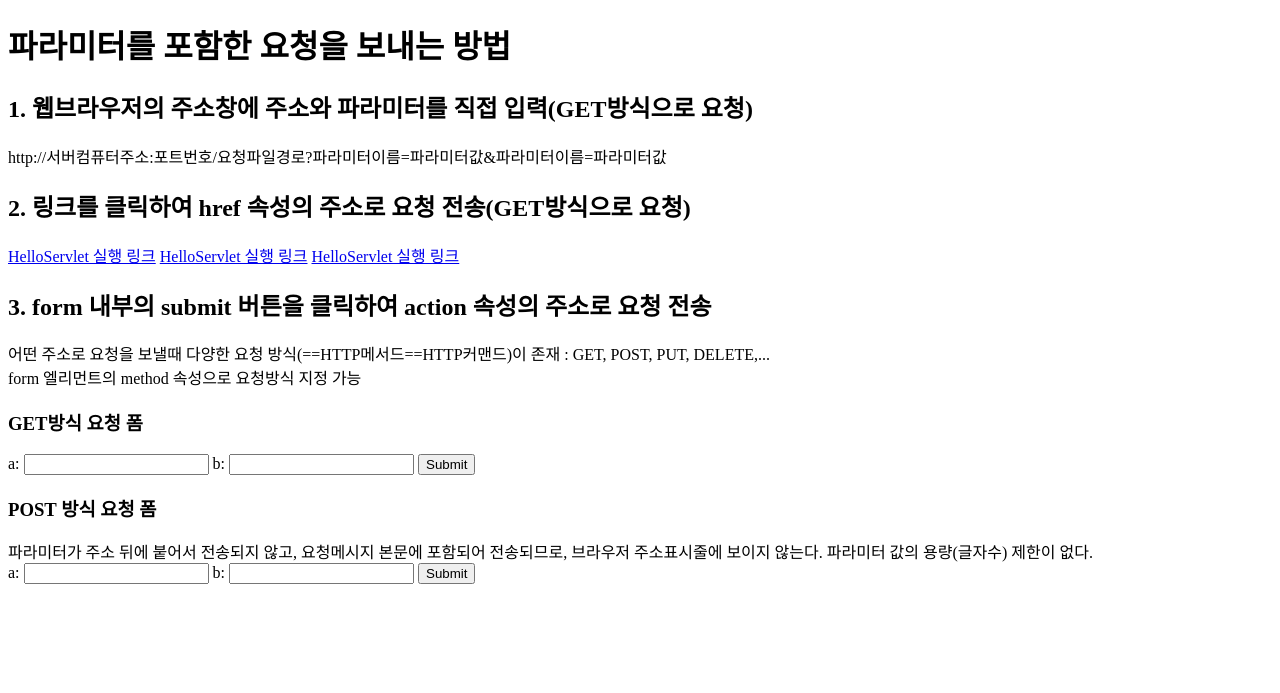
Repository: gywjd848/jeongblog
Page: workspace/exweb/WebContent/param.html
The author's editor kept a copy of each file at every save. The page is drawn from the files as they stood at one save, then again after the next save.
The browser window is 1280 px wide. The pictures show the whole page.

Above is the page before, as saved 2020-05-15 02:40:11.

### workspace/exweb/WebContent/param.html
<!DOCTYPE html>
<html>
<head>
<meta charset="UTF-8">
<title>파라미터 테스트</title>
</head>
<body>
	<h1>파라미터를 포함한 요청을 보내는 방법</h1>
	<h2>1. 웹브라우저의 주소창에 주소와 파라미터를 직접 입력(GET방식으로 요청)</h2>
	<div>http://서버컴퓨터주소:포트번호/요청파일경로?파라미터이름=파라미터값&파라미터이름=파라미터값</div>
	<h2>2. 링크를 클릭하여 href 속성의 주소로 요청 전송(GET방식으로 요청)</h2>
	<div>
		<a href="http://localhost:8000/exweb/hello.do?a=hello&b=포로리">HelloServlet 실행 링크</a>
		<a href="/exweb/hello.do?a=hello&b=포로리">HelloServlet 실행 링크</a>
		<a href="hello.do?a=hello&b=포로리">HelloServlet 실행 링크</a>
	</div>
	<h2>3. form 내부의 submit 버튼을 클릭하여 action 속성의 주소로 요청 전송</h2>
	<div>어떤 주소로 요청을 보낼때  다양한 요청 방식(==HTTP메서드==HTTP커맨드)이 존재 : GET, POST, PUT, DELETE,...</div>
	<div>form 엘리먼트의 method 속성으로 요청방식 지정 가능</div>
	<h3>GET방식 요청 폼</h3>
	<form action="http://localhost:8000/exweb/hello.do" method="get">
		a: <input type="text" name="a"/>
		b: <input type="text" name="b"/>
		<input type="submit" />
	</form>
	<h3>POST 방식 요청 폼</h3>
	<div>파라미터가 주소 뒤에 붙어서 전송되지 않고,
		 요청메시지 본문에 포함되어 전송되므로,
		 브라우저 주소표시줄에 보이지 않는다.
		 파라미터 값의 용량(글자수) 제한이 없다.</div>
	<form action="http://localhost:8000/exweb/hello.do" method="post">
		a: <input type="text" name="a"/>
		b: <input type="text" name="b"/>
		<input type="submit" />
	</form>
</body>
</html>

After the next save:
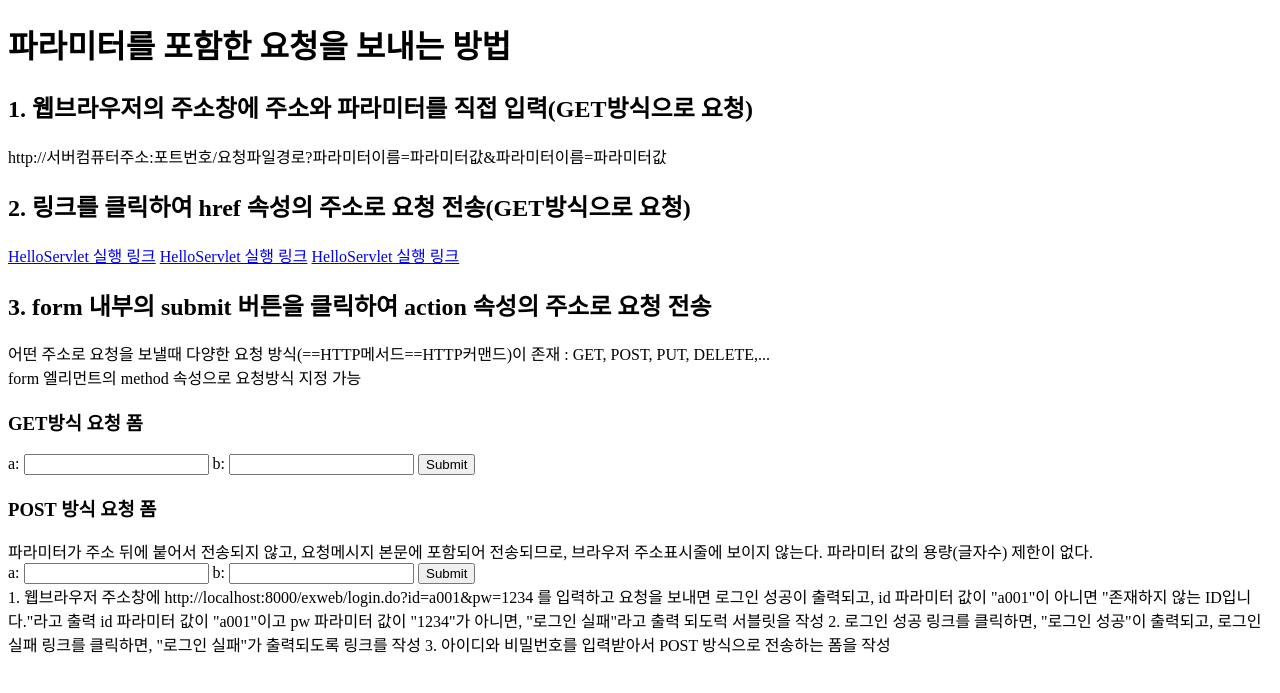
Saved 12 min 31 s later.
--- a/workspace/exweb/WebContent/param.html
+++ b/workspace/exweb/WebContent/param.html
@@ -33,5 +33,19 @@
 		b: <input type="text" name="b"/>
 		<input type="submit" />
 	</form>
+	<div>
+		1. 웹브라우저 주소창에
+		http://localhost:8000/exweb/login.do?id=a001&pw=1234
+		를 입력하고 요청을 보내면 로그인 성공이 출력되고,
+		id 파라미터 값이 "a001"이 아니면 "존재하지 않는 ID입니다."라고 출력
+		id 파라미터 값이 "a001"이고 pw 파라미터 값이 "1234"가 아니면,
+		"로그인 실패"라고 출력 되도럭 서블릿을 작성
+		2.
+		로그인 성공 링크를 클릭하면, "로그인 성공"이 출력되고,
+		로그인 실패 링크를 클릭하면, "로그인 실패"가 출력되도록 링크를 작성
+		3.
+		아이디와 비밀번호를 입력받아서 POST 방식으로 전송하는 폼을 작성
+
+	</div>
 </body>
 </html>
